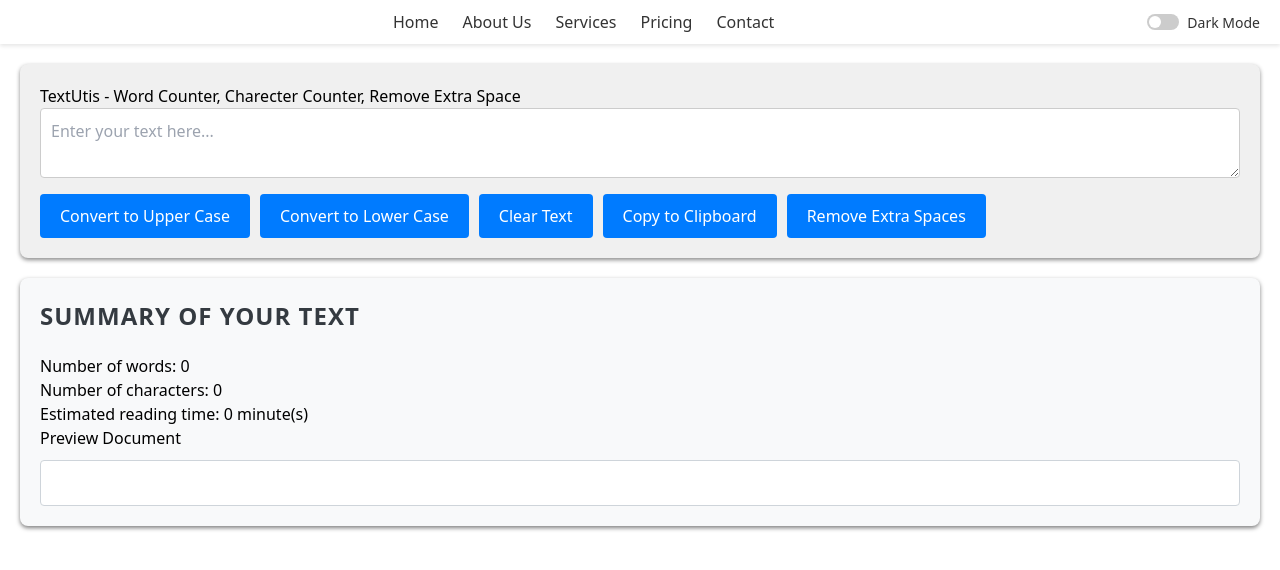
Repository: sriram1224/Text-converter
Page: /
An editor plug-in stored every save of this project. The page is shown before and after the next save, followed by the edit.
The browser window is 1280 px wide. The pictures show the whole page.
The project was rebuilt for these pictures with package versions that can differ from the ones it lists, and the page was loaded fresh each time. Also part of the build but not shown: src/App.css.

Above is the page before, as saved 2024-03-27 02:08:58.

After the next save:
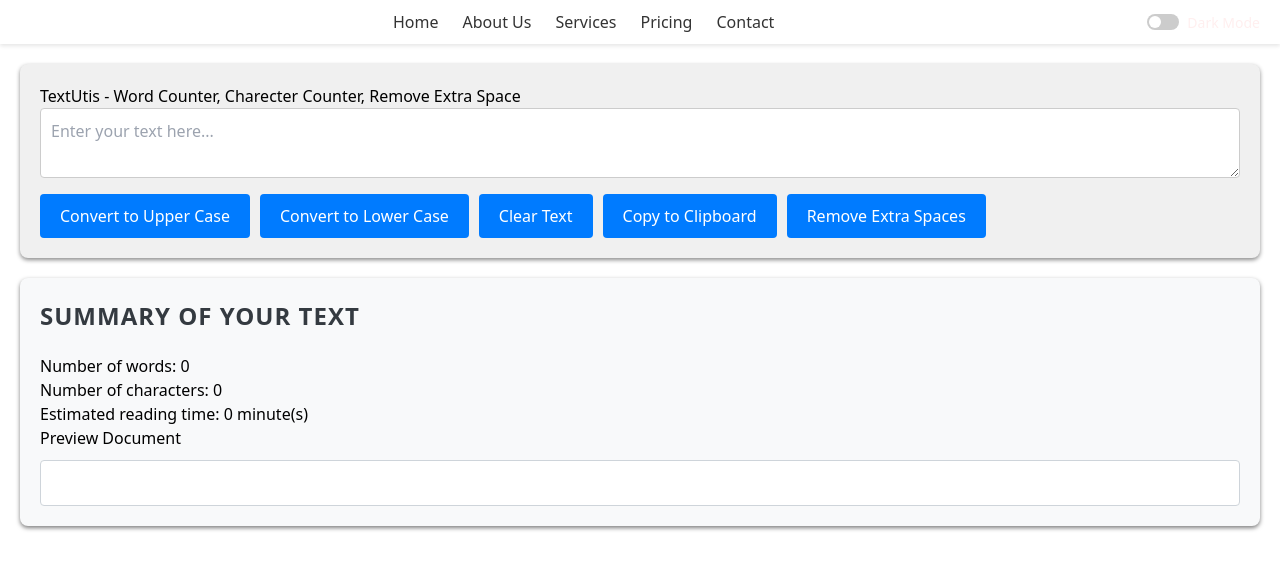
Saved 46 s later.
--- a/src/Navbar.css
+++ b/src/Navbar.css
@@ -102,8 +102,13 @@
     transform: translateX(16px);
 }
 
-.toggle-label {
+.toggle-label .light {
     margin-left: 8px;
     font-size: 14px;
     color: #333;
 }
+.toggle-label ,dark {
+    margin-left: 8px;
+    font-size: 14px;
+    color: #ffefef;
+}
